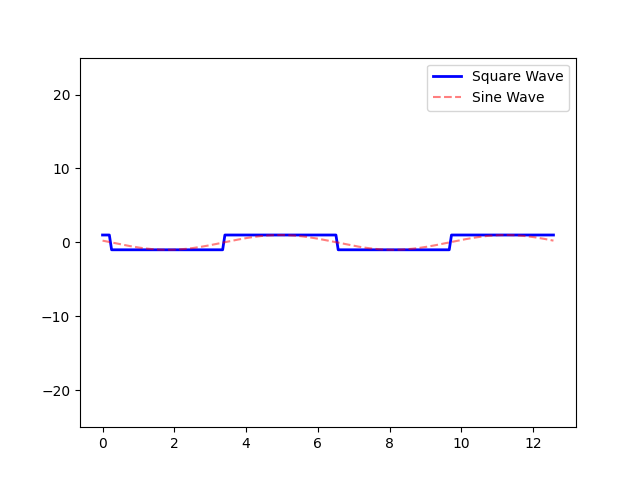
Repository: khulqu15/drone_smc_copppelia
Script's output: python py/realtime.py
An editor plug-in stored every save of this project. The script's output is shown before and after the next save, followed by the edit.
Animations are shown at an early frame. Random numbers start from a fixed seed.

Above is the script's output before, as saved 2024-06-24 00:52:55.

### py/realtime.py
import numpy as np
import matplotlib.pyplot as plt

# Initialize parameters and plot
x_len = 200
y_range = [-25, 25]
xs = np.linspace(0, 4 * np.pi, x_len)
ys = np.sin(xs)
square_ys = np.sign(ys)

plt.ion()  # Turn on interactive mode
fig, ax = plt.subplots()
ax.set_ylim(y_range)

line, = ax.plot(xs, square_ys, 'b-', linewidth=2, label='Square Wave')
sine_line, = ax.plot(xs, ys, 'r--', alpha=0.5, label='Sine Wave')
ax.legend()

frame = 0
try:
    while True:
        ys = np.sin(xs + frame / 10)
        square_ys = np.sign(ys)

        line.set_ydata(square_ys)
        sine_line.set_ydata(ys)

        fig.canvas.draw()
        fig.canvas.flush_events()
        plt.pause(0.05)  # Pause for a bit, to control the update rate

        frame += 1
except KeyboardInterrupt:
    print("Stopped animation.")

After the next save:
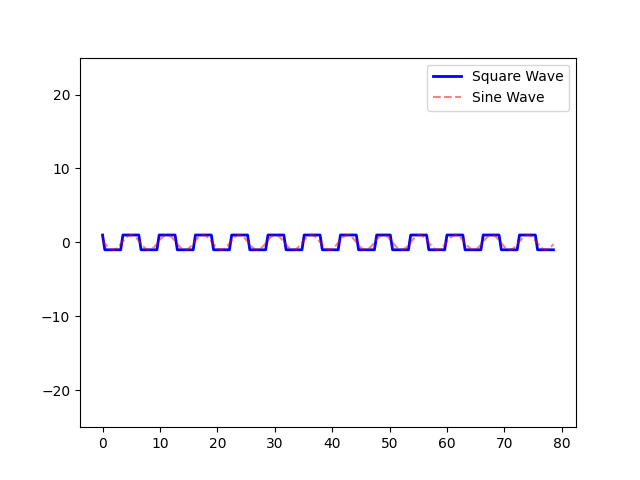
Saved 27 s later.
--- a/py/realtime.py
+++ b/py/realtime.py
@@ -4,7 +4,7 @@ import matplotlib.pyplot as plt
 # Initialize parameters and plot
 x_len = 200
 y_range = [-25, 25]
-xs = np.linspace(0, 4 * np.pi, x_len)
+xs = np.linspace(0, 25 * np.pi, x_len)
 ys = np.sin(xs)
 square_ys = np.sign(ys)
 
